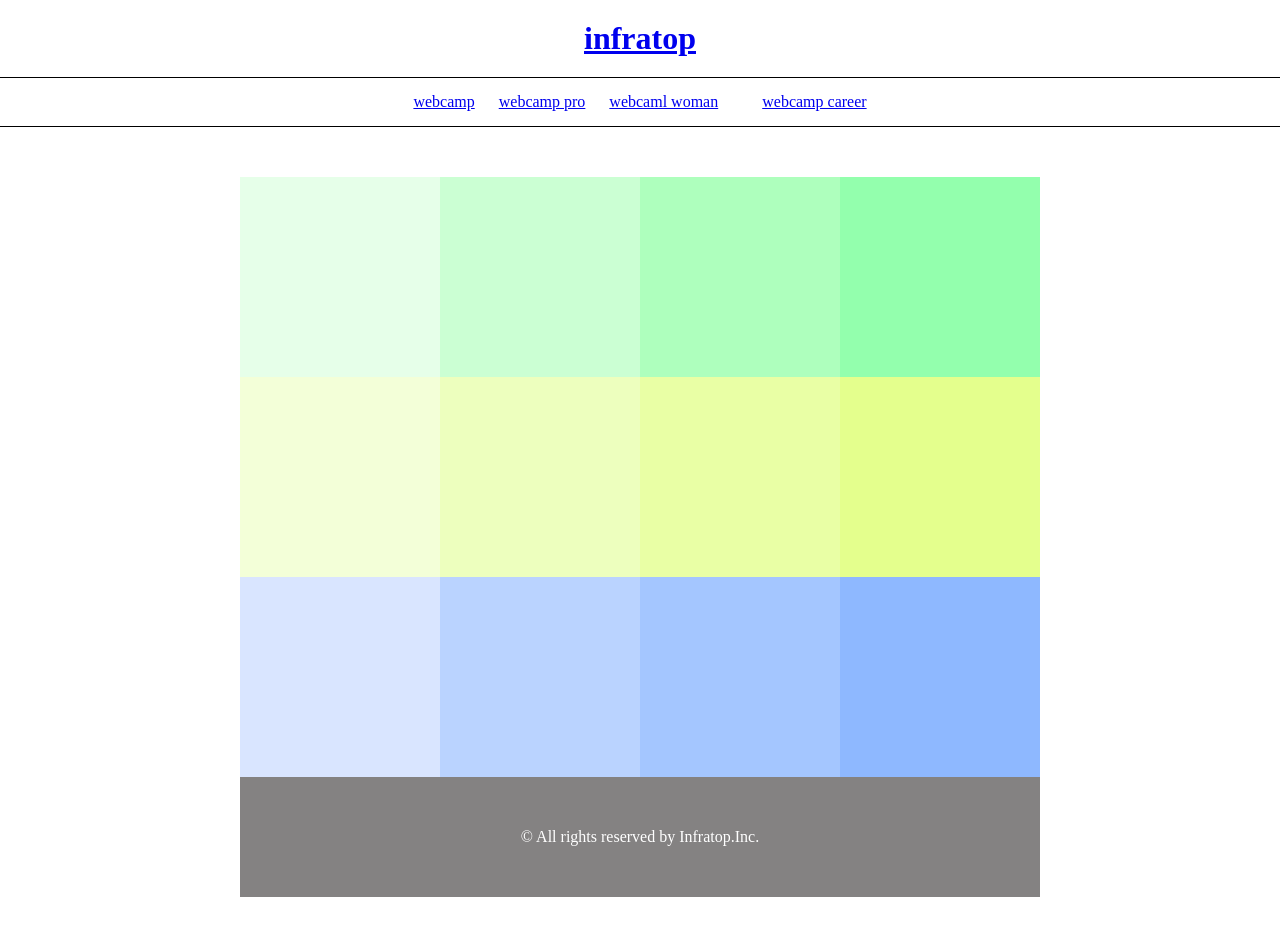
Repository: TsuKou/MainContents
Page: chapter5/index5.html
The author's editor kept a record of every edit. The page is drawn from the files as they stood at one moment, then again after the next edit.
The browser window is 1280 px wide. The pictures show the whole page.

Above is the page before.

After the next edit:
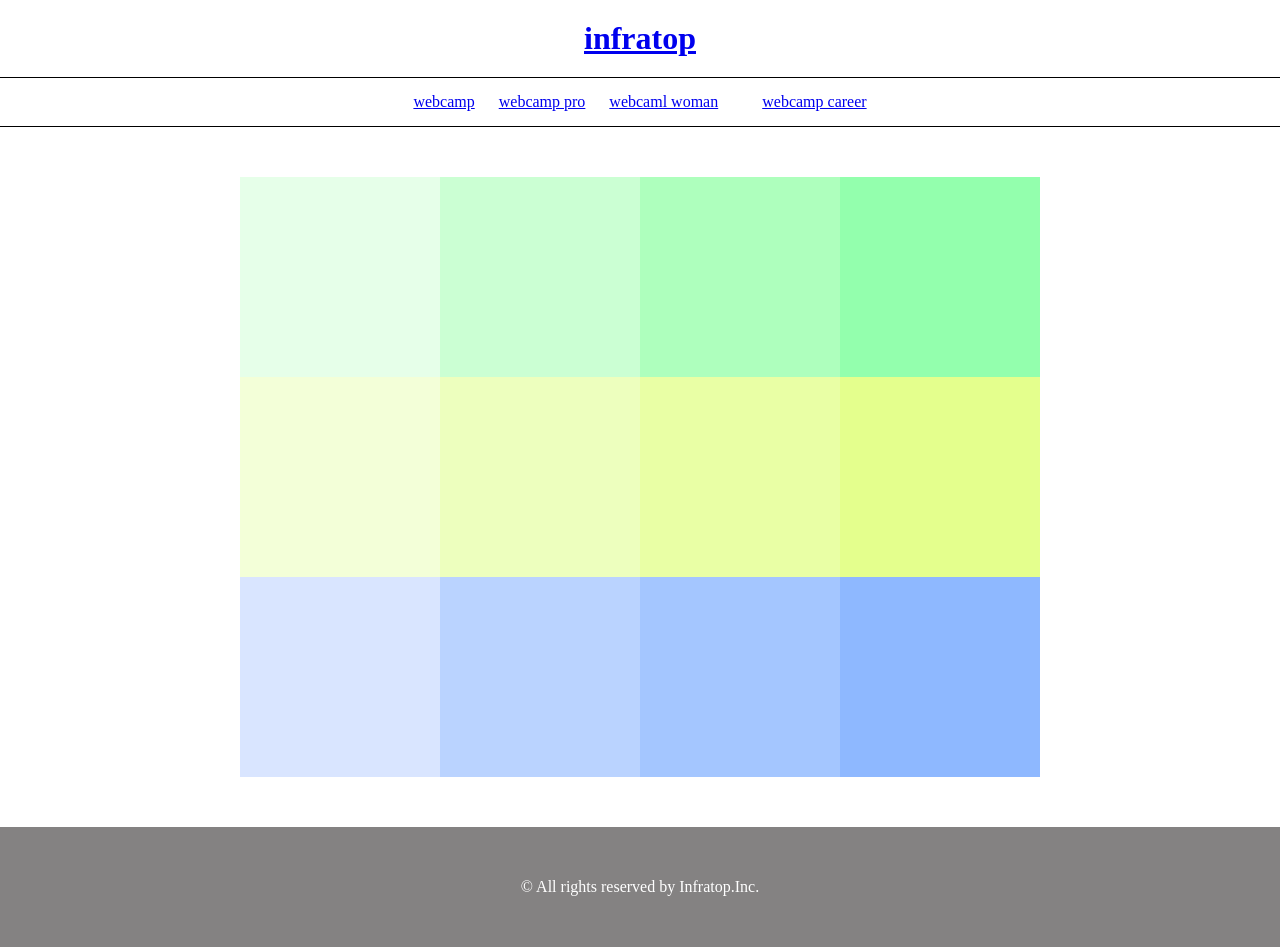
The edit:
--- a/chapter5/index5.html
+++ b/chapter5/index5.html
@@ -45,7 +45,7 @@
   <div class="color-box10"></div>
   <div class="color-box11"></div>
   <div class="color-box12"></div>
-</main>
+</div>
 
 <footer>
   <p class="footer-text">© All rights reserved by Infratop.Inc.</p>
